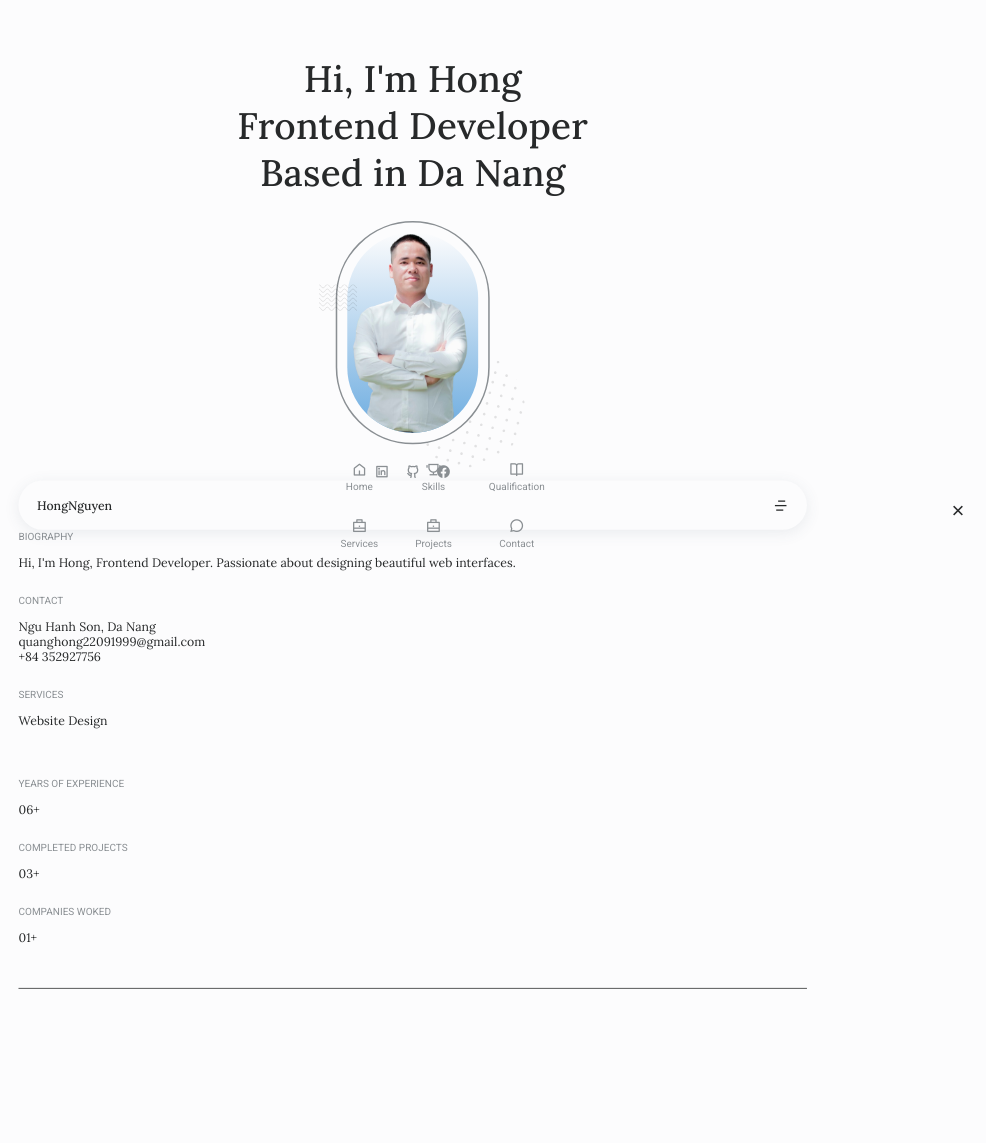
Repository: hnguyeng/myportfoliohongnguyen
Page: index.html
The author's editor kept a copy of each file at every save. The page is drawn from the files as they stood at one save, then again after the next save.
The browser window is 1280 px wide. The pictures show the whole page, at 77% of full size.
Some web libraries are served in a nearby version.

Above is the page before, as saved 2023-07-17 14:29:18.

### index.html
<!DOCTYPE html>
<html lang="en">
<head>
    <meta charset="UTF-8">
    <meta name="viewport" content="width=device-width, initial-scale=1.0">
    <title>Document</title>
    <link rel="stylesheet" href="./assets/css/style.css">
    <!-- remixicon -->
    <link href="https://cdn.jsdelivr.net/npm/remixicon@3.4.0/fonts/remixicon.css" rel="stylesheet">
    <!-- google fonts -->
    <link rel="preconnect" href="https://fonts.googleapis.com">
    <link rel="preconnect" href="https://fonts.gstatic.com" crossorigin>
    <link href="https://fonts.googleapis.com/css2?family=Inter:wght@600&family=Lobster&family=Lora:wght@400;500;600&family=Permanent+Marker&family=Poppins:wght@300;400;500;600;700;800;900&family=Roboto:wght@400;500&display=swap" rel="stylesheet">
</head>
<body>
    <!-- header -->
    <header class="header" id="header">
        <nav class="nav container">
            <a href="#" class="nav__logo">
                HongNguyen
            </a>
            <div class="nav__menu" id="nav-menu">
                <ul class="nav__list grid">
                    <li class="nav__item">
                        <a href="#home" class="nav__link">
                            <i class="ri-home-5-line"></i> Home
                        </a>
                    </li>
                    <li class="nav__item">
                        <a href="#skills" class="nav__link">
                            <i class="ri-trophy-line"></i> Skills
                        </a>
                    </li>
                    <li class="nav__item">
                        <a href="#qualification" class="nav__link">
                            <i class="ri-book-open-line"></i> Qualification
                        </a>
                    </li>
                    <li class="nav__item">
                        <a href="#services" class="nav__link">
                            <i class="ri-briefcase-line"></i> Services
                        </a>
                    </li>
                    <li class="nav__item">
                        <a href="#projects" class="nav__link">
                            <i class="ri-briefcase-line"></i> Projects
                        </a>
                    </li>
                    <li class="nav__item">
                        <a href="#contact" class="nav__link">
                            <i class="ri-chat-3-line"></i> Contact
                        </a>
                    </li>

                </ul>
                <!-- close button -->
                <div class="nav__close" id="nav-close">
                    <i class="ri-close-line"></i>
                </div>
            </div>
            <div class="nav__buttons">
                <!-- Theme change button -->
                <!-- <i class="ri-moon-line change theme" id="theme-button"></i> -->
                <!-- Toggle button -->
                <div class="nav__toggle" id="nav-toggle">
                    <i class="ri-menu-4-line"></i>
                </div>
            </div>
        </nav>
    </header>
    <!-- main -->
    <main class="main">
        <!-- ==============HOME=============== -->
        <section class="home section" id="home">
            <div class="home__container container grid section__border">
                <div class="home__data grid">
                    <h1 class="home__title">
                        Hi, I'm Hong <br>
                        Frontend Developer <br>
                        Based in Da Nang <br>
                    </h1>
                    <div class="home__blob grid">
                        <div class="home__perfil">
                            <img src="./assets/imgs/perfil.png" alt="home perfil">
                        </div>
                        <img src="./assets/imgs/shape-wawes.svg" alt="" class="home__shape-wawes">
                        <img src="./assets/imgs/shape-circle.svg" alt="" class="home__shape-circle">
                    </div>
                    <ul class="home__social">
                        <a href="https://www.linkedin.com/in/hongnguyen22/" target="_blank" class="home__social-link">
                            <i class="ri-linkedin-box-line"></i>
                        </a>
                        <a href="https://github.com/hnguyeng" target="_blank" class="home__social-link">
                            <i class="ri-github-line"></i>
                        </a>
                        <a href="https://www.facebook.com/Hin229" target="_blank" class="home__social-link">
                            <i class="ri-facebook-circle-fill"></i>
                        </a>
                    </ul>
                </div>
                <!-- ==============HOME INFO 1=============== -->
                <div class="home__info">
                    <div>
                        <h3 class="home__info-title">
                            BIOGRAPHY
                        </h3>
                        <p class="home__info-description">
                            Hi, I'm Hong, Frontend Developer.
                            Passionate about designing beautiful web interfaces.
                        </p>
                    </div>
                    <div>
                        <h3 class="home__info-title">
                            CONTACT
                        </h3>
                        <p class="home__info-description">
                            Ngu Hanh Son, Da Nang <br>
                            quanghong22091999@gmail.com <br>
                            +84 352927756 <br>
                        </p>
                    </div>
                    <div>
                        <h3 class="home__info-title">
                            SERVICES
                        </h3>
                        <p class="home__info-description">
                            Website Design <br>
                        </p>
                    </div>
                </div>
                <!-- ==============HOME INFO 2=============== -->
                <div class="home__info">
                    <div>
                        <h3 class="home__info-title">
                            YEARS OF EXPERIENCE
                        </h3>
                        <p class="home__info-number">
                        06+
                        </p>
                    </div>
                    <div>
                        <h3 class="home__info-title">
                            COMPLETED PROJECTS
                        </h3>
                        <p class="home__info-number">
                            03+
                        </p>
                    </div>
                    <div>
                        <h3 class="home__info-title">
                            COMPANIES WOKED
                        </h3>
                        <p class="home__info-number">
                            01+
                        </p>
                    </div>
                </div>
            </div>
        </section>
        <!-- ================SKILLS=========== -->
        <section class="skills section" id="skills"></section>
        <!-- =============QUALIFICATION============= -->
        <section class="qualification section" id="qualification"></section>
    </main>

    <script src="./assets/js/main.js"></script>
</body>
</html>

### assets/css/style.css
/* =============VARIABLES CSS============ */
:root {
    --header-height: 3.5rem;
    /* ========= Colors ========== */
    /*Colors mode HSL(hue, saturation, lightness)*/
    --first-color: hsl(207, 65%, 65%);
    --title-color: hsl(207, 4%, 16%);
    --text-color: hsl(207, 4%, 28%);
    --text-color-light: hsl(207, 4%, 56%);
    --body-color: hsl(207, 4%, 99%);
    /* Change the first number */
    /* Blue: 207 - Purple: 250 - Pink: 356 - Teal: 174 */
    --gradient-color: linear-gradient(180deg,
                         hsla(207, 48%, 72%, 0),
                         hsla(207, 65%, 65%, 1));
    /* ========== Font and typography ========== */
    /*.5rem = 8px | 1rem = 16px ... */
    --body-font: 'Roboto', sans-serif;
    --title-font: 'Lora', serif;
    --biggest-font-size: 1.5rem;
    --h1-font-size: 1.5rem;
    --h2-font-size: 1.25rem;
    --h3-font-size: 1rem;
    --normal-font-size:.938rem;
    --small-font-size:.813rem;
    --smaller-font-size:.75rem;
    --tiny-font-size:.625rem;
    /* ==========Font weight======== */
    --font-medium: 500;
    --font-semi-bold: 600;
    /* ===========z index======== */
    --z-normal: 1;
    --z-tooltip: 10;
    --z-fixed: 100;
}
/* Reponsive typographt */
@media screen and (min-width: 1024px) {
    :root {
        --biggest-font-size: 3rem;
        --h1-font-size: 2.25rem;
        --h2-font-size: 1.rem;
        --h3-font-size: 1.25rem;
        --normal-font-size: 1rem;
        --small-font-size: .875rem;
        --smaller-font-size: .813rem;
        --tiny-font-size: .688rem;
    }
}
/* ===============BASE============= */
*{
    margin: 0;
    padding: 0;
    box-sizing: border-box;
}
html{
    scroll-behavior: smooth;
}
body{
    font-family: var(--body-font);
    font-size: var(--normal-font-size);
    background-color:var(--body-color);
    color: var(--text-color);
}
h1,h2,h3{
    color: var(--title-color);
    font-family: var(--title-font);
    font-weight: var(--font-medium);
}
ul{
    list-style: none;
}
a{
    text-decoration: none;
}
img{
    width: 100%;
    height: auto;
}
/* ===========REUSABLE CSS CLASSES============ */
.container{
    max-width: 1024px;
    margin-inline: 1.5rem;
}
.grid{
    display: grid;
    gap: 1.5rem;
}
.section{
    padding-block: 2.5rem;
}
.section__border{
    border-bottom: 1px solid var(--title-color);
    padding-bottom: 3.5rem;
}
.section__title,
.section__subtitle{
    text-align: center;
}
.section__title{
    font-size: var(--h1-font-size);
    font-weight: var(--font-semi-bold);
    margin-bottom: .25rem;
}
.section__subtitle{
    display: block;
    font-size: var(--small-font-size);
    color: var(--text-color-light);
    margin-bottom: 3rem;
}
.main{
    overflow: hidden;
}
/* ============= HEADER AND NAV ============ */
.header{
    width: 100%;
    position: fixed;
    bottom: 2rem;
    left: 0;
    z-index: var(--z-fixed);
}
.nav{
    height: calc(var(--header-height) + .5rem);
    display: flex;
    justify-content: space-between;
    align-items: center;
    background-color: var(--body-color);
    box-shadow: 0 4px 20px hsla(207, 24%, 35%, .1);
    padding-inline: 1.5rem;
    border-radius: 3rem;
}
.nav__logo,
.nav__toggle,
.nav__close{
    color: var(--title-color);
}
.nav__logo{
    font-weight: var(--font-medium);
    font-family: var(--title-font);
}
.nav__toggle{
    display: flex;
    font-size: 1.25rem;
    cursor: pointer;
}
@media screen and (max-width:1023px) {
    .nav__menu{
        position: fixed;
        width: 88%;
        right: 0;
        left: 0;
        bottom: -60%;
        margin: 0 auto;
        background-color: var(--body-color);
        box-shadow: 0 4px 20px hsla(207, 24%, 35%, .1);
        padding: 2rem 1.5rem 5rem;
        border-radius: 2rem;
        transition: bottom .3s;
    }
}
.nav__list{
    grid-template-columns: repeat(3, max-content);
    justify-content: center;
    gap: 2rem 3rem;
}
.nav__link{
    display: flex;
    flex-direction: column;
    align-items: center;
    row-gap: .25rem;
    font-size: var(--smaller-font-size);
    color: var(--text-color-light);
    transition: color .3s;
}
.nav__link:hover{
    color: var(--title-color);
}
.nav__link i{
    font-size: 1.25rem;
}
.nav__close{
    position: absolute;
    right: 1.5rem;
    bottom: .7rem;
    font-size: 1.5rem;
    cursor: pointer;
}
/* Show menu  */
.show-menu{
    bottom: 2rem;
}
/* Active link  */
/* =================HOME=============== */
.home__container{
    row-gap: 4rem;
    padding-top: 2rem;
}
.home__data{
    row-gap: 1.5rem;
}
.home__title{
    text-align: center;
    font-size: var(--biggest-font-size);
    letter-spacing: .3px;
    margin-bottom: .5rem;
}
.home__blob{
    position: relative;
    width: 200px;
    height: 290px;
    background-color: var(--body-color);
    border: 2px solid var(--text-color-light);
    justify-self: center;
    border-radius: 6.25rem;
    place-items: center;
}
.home__perfil{
    width: 170px;
    height: 260px;
    background: var(--gradient-color);
    border-radius: 5.5rem;
    overflow: hidden;
    display: flex;
    justify-content: center;
    align-items: flex-end;
}
.home__perfil img{
    height: 260px;
    object-fit: cover;
}
.home__shape-wawes,
.home__shape-circle{
    position: absolute;
    opacity: .1;
}
.home__shape-wawes{
    width: 50px;
    left: -1.5rem;
    top: 5rem;
}
.home__shape-circle{
    width: 150px;
    bottom: -2rem;
    right: -3rem;
    transform: rotate(15deg);
    z-index: -1;
}
.home__social{
    justify-self: center;
    display: flex;
    column-gap: 1.25rem;
}
.home__social-link{
    font-size: 1.25rem;
    color: var(--text-color-light);
    transition: color .3s;
}
.home__social-link:hover{
    color: var(--title-color);
}
.home__info{
    display: grid;
    row-gap: 2rem;
}
.home__info-title{
    font-size: var(--smaller-font-size);
    font-family: var(--body-font);
    font-weight: 400;
    color: var(--text-color-light);
    margin-bottom: 1rem;
}
.home__info-description,
.home__info-number{
    font-family: var(--title-font);
    color: var(--title-color);
}

### assets/js/main.js
/*=============== SHOW MENU ===============*/
const navMenu = document.getElementById('nav-menu'),
      navToggle = document.getElementById('nav-toggle'),
      navClose = document.getElementById('nav-close')

/*===== MENU SHOW =====*/
/* Validate if constant exists */
if(navToggle){
    navToggle.addEventListener('click', () =>{
        navMenu.classList.add('show-menu')
    })
}

/*===== MENU HIDDEN =====*/
/* Validate if constant exists */
if(navClose){
    navClose.addEventListener('click', () =>{
        navMenu.classList.remove('show-menu')
    })
}
/*=============== REMOVE MENU MOBILE ===============*/
const navLink = document.querySelectorAll('.nav__link')

const linkAction = () =>{
    const navMenu = document.getElementById('nav-menu')
    // When we click on each nav__link, we remove the show-menu class
    navMenu.classList.remove('show-menu')
}
navLink.forEach(n => n.addEventListener('click', linkAction))

After the next save:
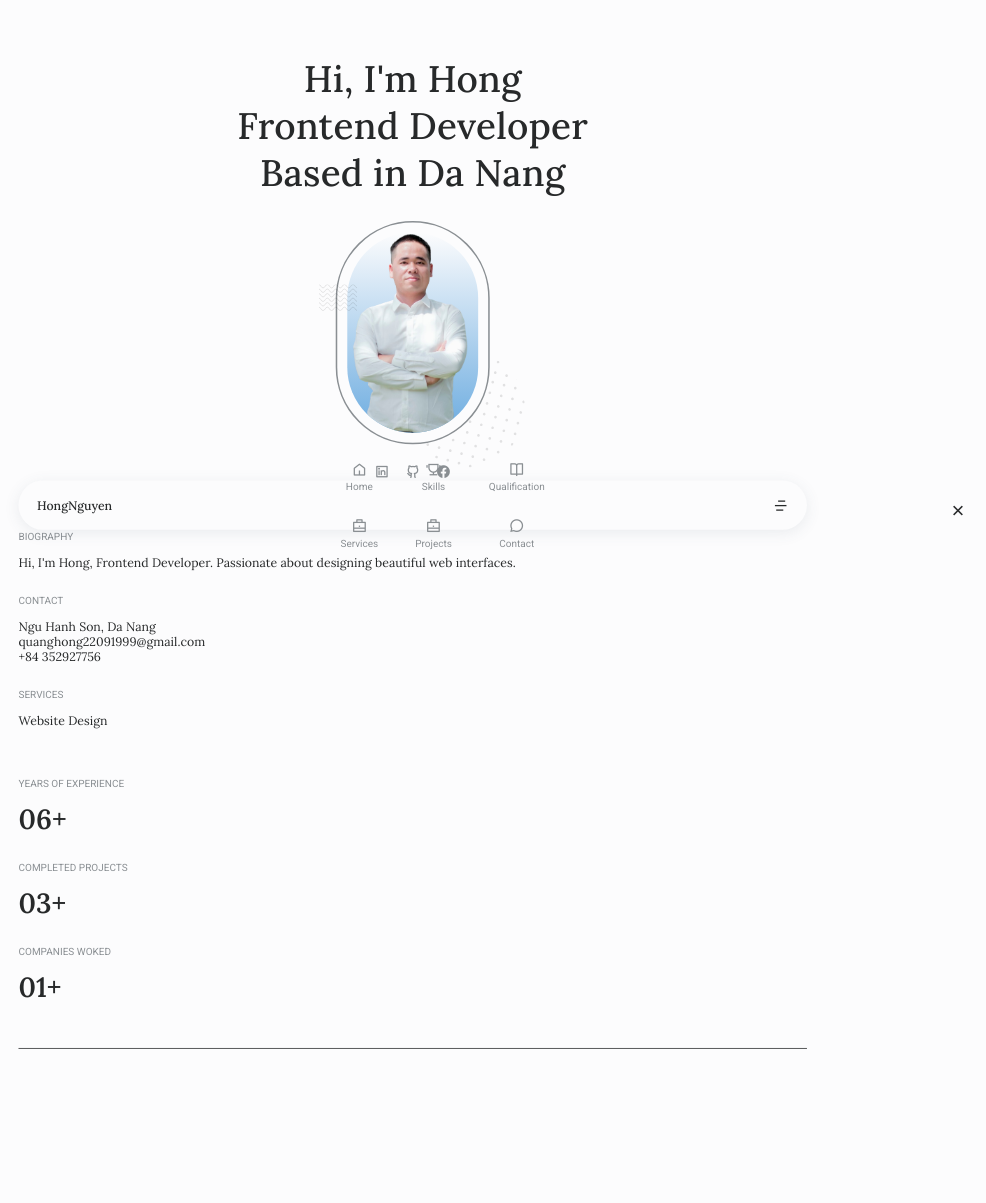
Saved 2 min 22 s later.
--- a/assets/css/style.css
+++ b/assets/css/style.css
@@ -273,3 +273,10 @@ img{
     font-family: var(--title-font);
     color: var(--title-color);
 }
+.home__info-description{
+    padding-right: 4rem;
+}
+.home__info-number{
+    font-weight: var(--font-semi-bold);
+    font-size: var(--h1-font-size);
+}
